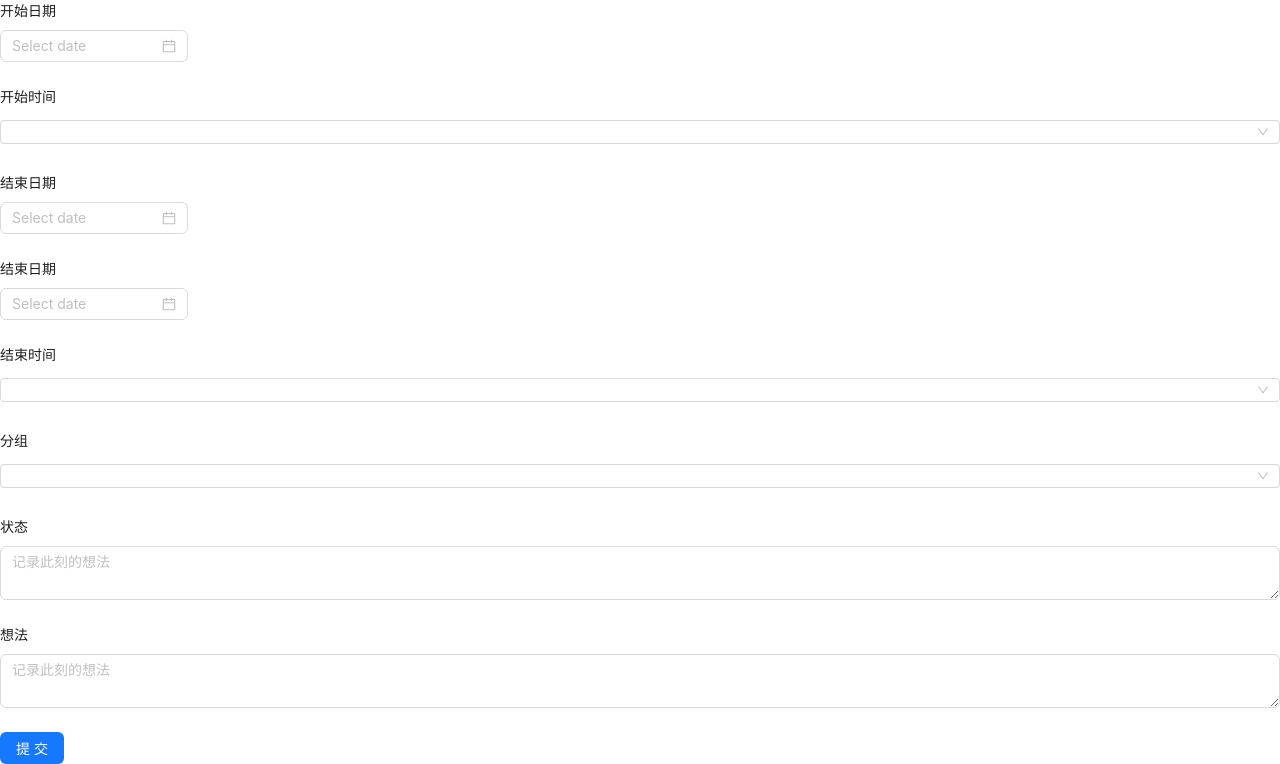
Repository: wujieli0207/time-value-app
Page: /
An editor plug-in stored every save of this project. The page is shown before and after the next save, followed by the edit.
The browser window is 1280 px wide. The pictures show the whole page.
The project was rebuilt for these pictures with package versions that can differ from the ones it lists, and the page was loaded fresh each time. Also part of the build but not shown: vite.config.ts.

Above is the page before, as saved 2024-01-29 10:55:59.

After the next save:
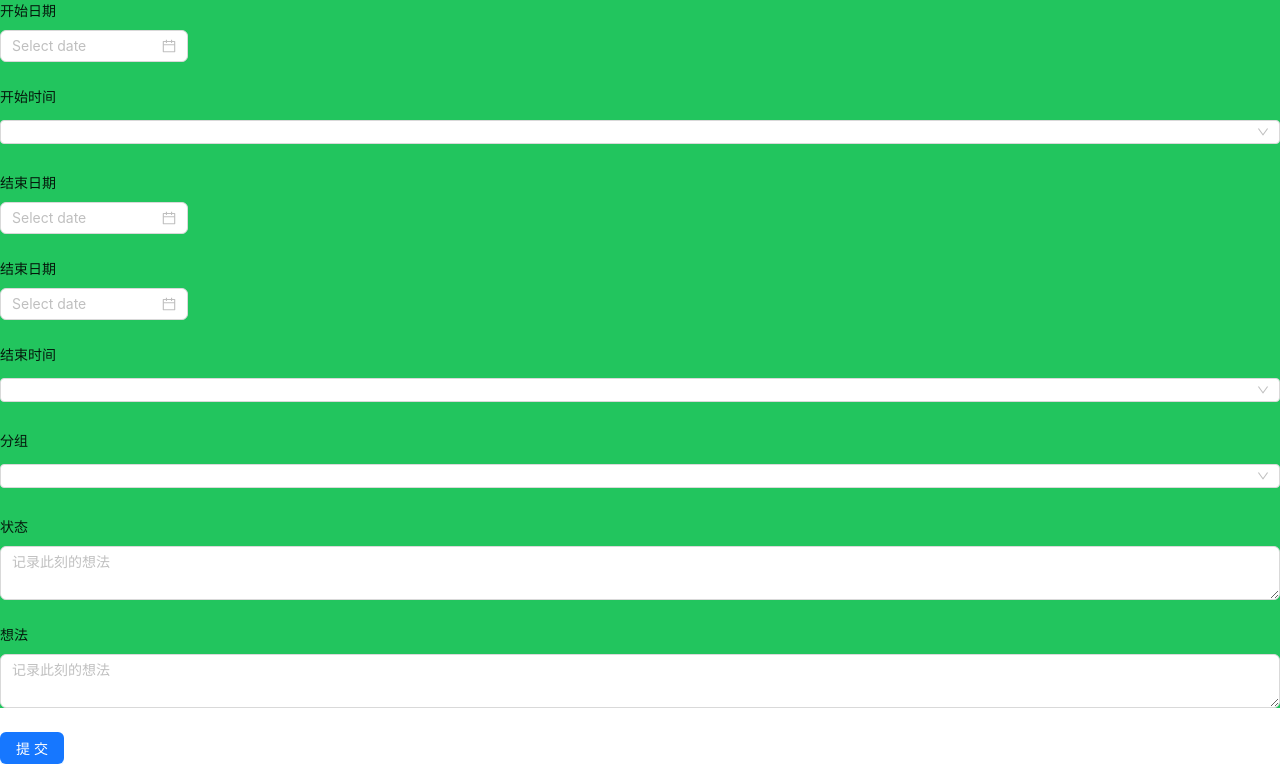
Saved 26 s later.
--- a/src/App.tsx
+++ b/src/App.tsx
@@ -19,7 +19,7 @@
 
   return (
     <>
-      <Form layout="vertical">
+      <Form className="bg-green-500" layout="vertical">
         <Form.Item<FieldType> name="startDate" label="开始日期">
           <DatePicker />
         </Form.Item>

After the save that followed:
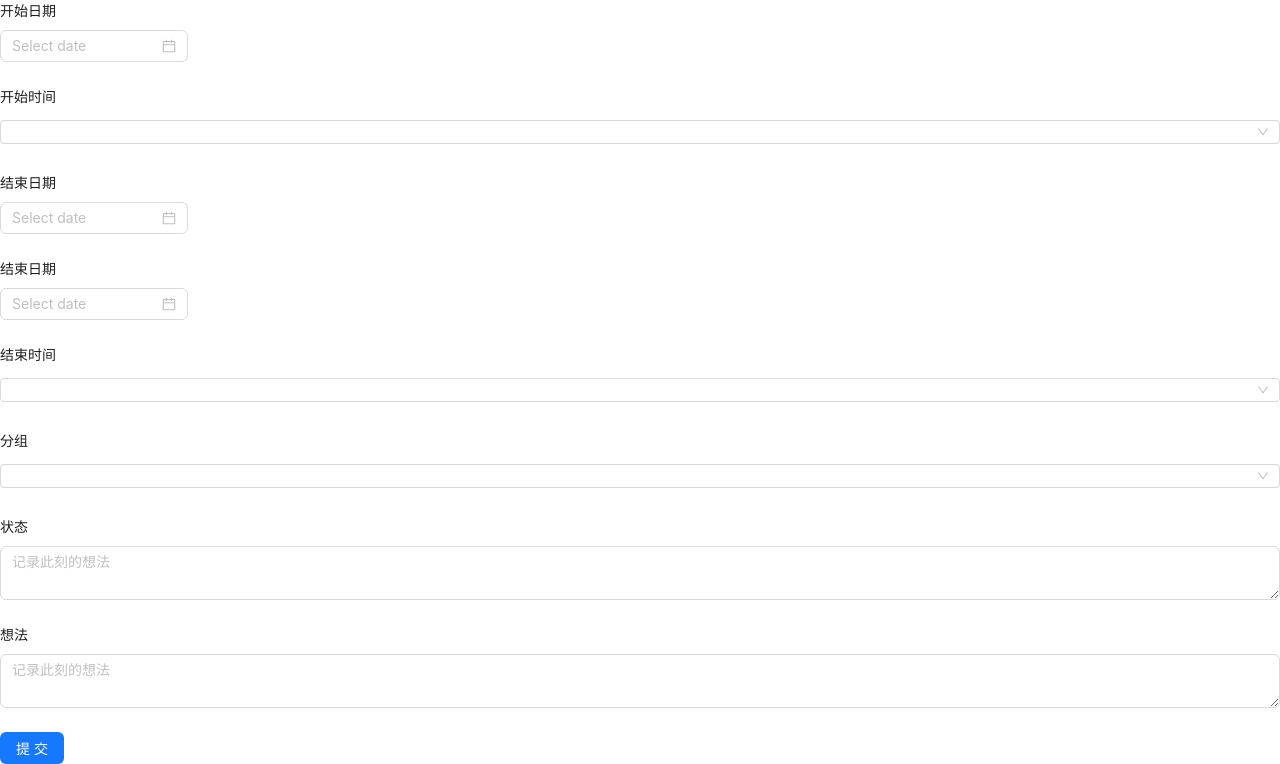
Saved 11 s later.
--- a/src/App.tsx
+++ b/src/App.tsx
@@ -19,7 +19,7 @@
 
   return (
     <>
-      <Form className="bg-green-500" layout="vertical">
+      <Form layout="vertical">
         <Form.Item<FieldType> name="startDate" label="开始日期">
           <DatePicker />
         </Form.Item>
